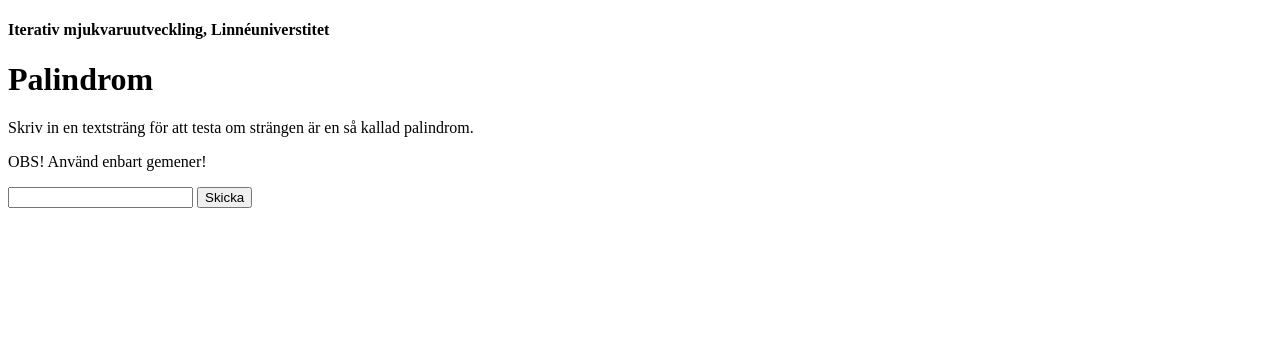
Repository: Holmewi/1dv404-jh222qr-laborationer
Page: Uppgift 4/index.html
The author's editor kept a record of every edit. The page is drawn from the files as they stood at one moment, then again after the next edit.
The browser window is 1280 px wide. The pictures show the whole page.

Above is the page before.

After the next edit:
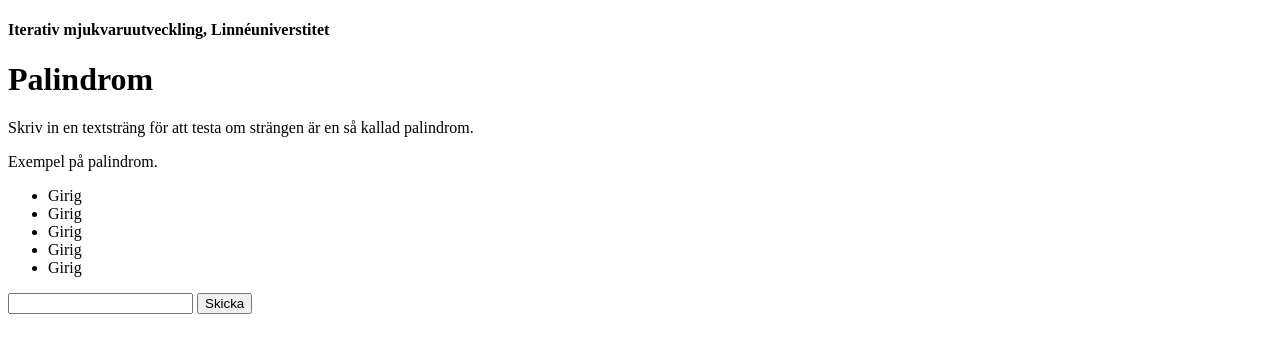
The edit:
--- a/Uppgift 4/index.html
+++ b/Uppgift 4/index.html
@@ -11,7 +11,14 @@
     <h1>Palindrom</h1>
 
     <p>Skriv in en textsträng för att testa om strängen är en så kallad palindrom.</p>
-    <p>OBS! Använd enbart gemener!</p>
+    <p>Exempel på palindrom.</p>
+    <ul>
+        <li>Girig</li>
+        <li>Girig</li>
+        <li>Girig</li>
+        <li>Girig</li>
+        <li>Girig</li>
+    </ul>
     <form>
         <input type="text" id="input">
         <input type="submit" id="submit" value="Skicka">
